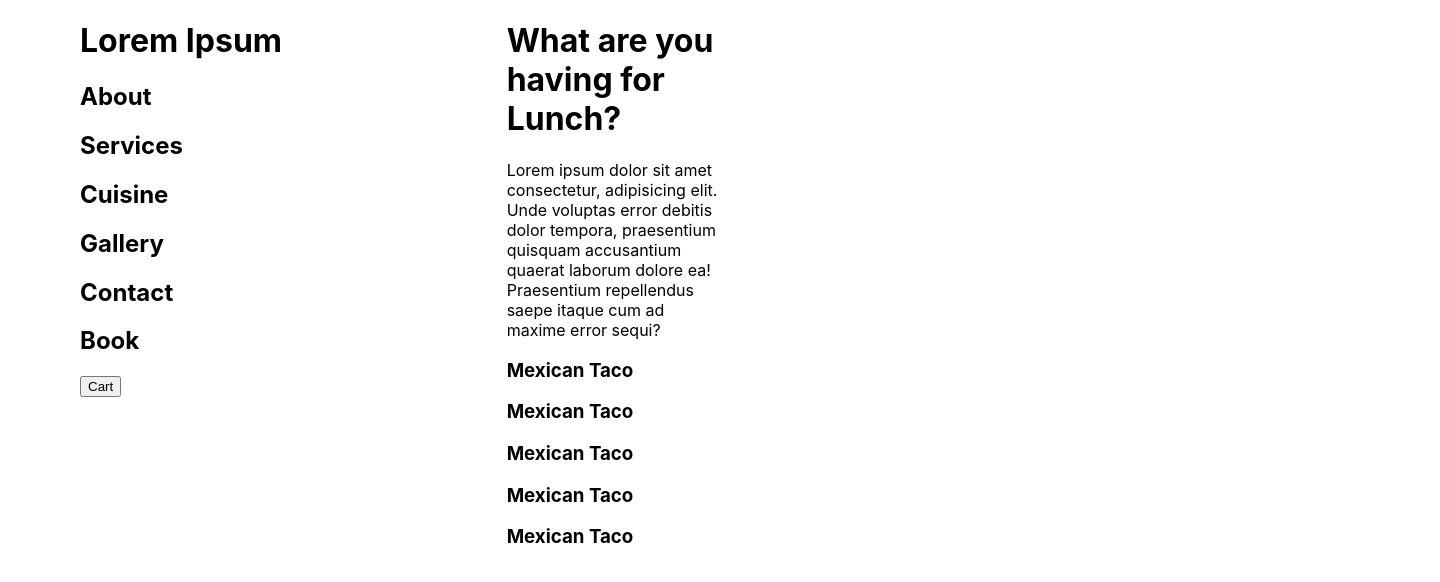
Repository: Marlstergo/assignment2
Page: /
An editor plug-in stored every save of this project. The page is shown before and after the next save, followed by the edit.
The browser window is 1280 px wide. The page is 1440 px wide, so the pictures cover 1440 px, including what lies to the right of the window. The pictures show the whole page.
The project was rebuilt for these pictures with package versions that can differ from the ones it lists, and the page was loaded fresh each time.

Above is the page before, as saved 2021-07-27 01:36:19.

### src/App.js
import logo from "./logo.svg";
import "./App.css";

function App() {
  return (
    <div className="container">
      <div className="full">
        <div className="sidebar">
          <h1>Lorem Ipsum</h1>
          <div className="">
            <div className="">
              <h2 className="">About</h2>
            </div>
            <div className="">
              <h2 className="">Services</h2>
            </div>
            <div className="">
              <h2 className="">Cuisine</h2>
            </div>
            <div className="">
              <h2 className="">Gallery</h2>
            </div>
            <div className="">
              <h2 className="">Contact</h2>
            </div>
            <div className="">
              <h2 className="">Book</h2>
            </div>
            <div className="">
              <button className="">Cart</button>
            </div>
          </div>
        </div>
        <div className="">
          <div className="">
            <div className="">
              <h1 className="">What are you having for Lunch?</h1>
            </div>
            <div className="">
              <p className="">
                Lorem ipsum dolor sit amet consectetur, adipisicing elit. Unde
                voluptas error debitis dolor tempora, praesentium quisquam
                accusantium quaerat laborum dolore ea! Praesentium repellendus
                saepe itaque cum ad maxime error sequi?
              </p>
            </div>
          </div>
          <div className="">
            <div className="">
              <div className="">{/* image */}</div>
              <div className="">
                <h3 className="">Mexican Taco</h3>
              </div>
            </div>
            <div className="">
              <div className="">{/* image */}</div>
              <div className="">
                <h3 className="">Mexican Taco</h3>
              </div>
            </div>
            <div className="">
              <div className="">{/* image */}</div>
              <div className="">
                <h3 className="">Mexican Taco</h3>
              </div>
            </div>
            <div className="">
              <div className="">{/* image */}</div>
              <div className="">
                <h3 className="">Mexican Taco</h3>
              </div>
            </div>
            <div className="">
              <div className="">{/* image */}</div>
              <div className="">
                <h3 className="">Mexican Taco</h3>
              </div>
            </div>
          </div>
        </div>
      </div>
    </div>
  );
}

export default App;

### src/App.css
.container {
  width: 100%;
  padding-left: 1.5rem;
  padding-right: 1.5rem;
}

@media screen and (min-width: 640px) {
  .container {
    max-width: 640px;
    margin: 0 auto;
  }
}

@media screen and (min-width: 768px) {
  .container {
    max-width: 768px;
  }
}

@media screen and (min-width: 1024px) {
  .container {
    max-width: 1024px;
    padding-left: 4rem;
    padding-right: 4rem;
  }
}

@media screen and (min-width: 1280px) {
  .container {
    max-width: 1280px;
    padding-left: 5rem;
    padding-right: 5rem;
  }
}

@media screen and (min-width: 1536px) {
  .container {
    max-width: 1536px;
  }
}

.full {
  display: grid;
  grid-template-columns: repeat(6, minmax(0, 1fr));
}

.sidebar {
  grid-column: span 2 / span 2;
}

Loaded but not shown: public/index.html (common file); src/index.js (common file); src/index.css (common file); src/reportWebVitals.js (common file)

After the next save:
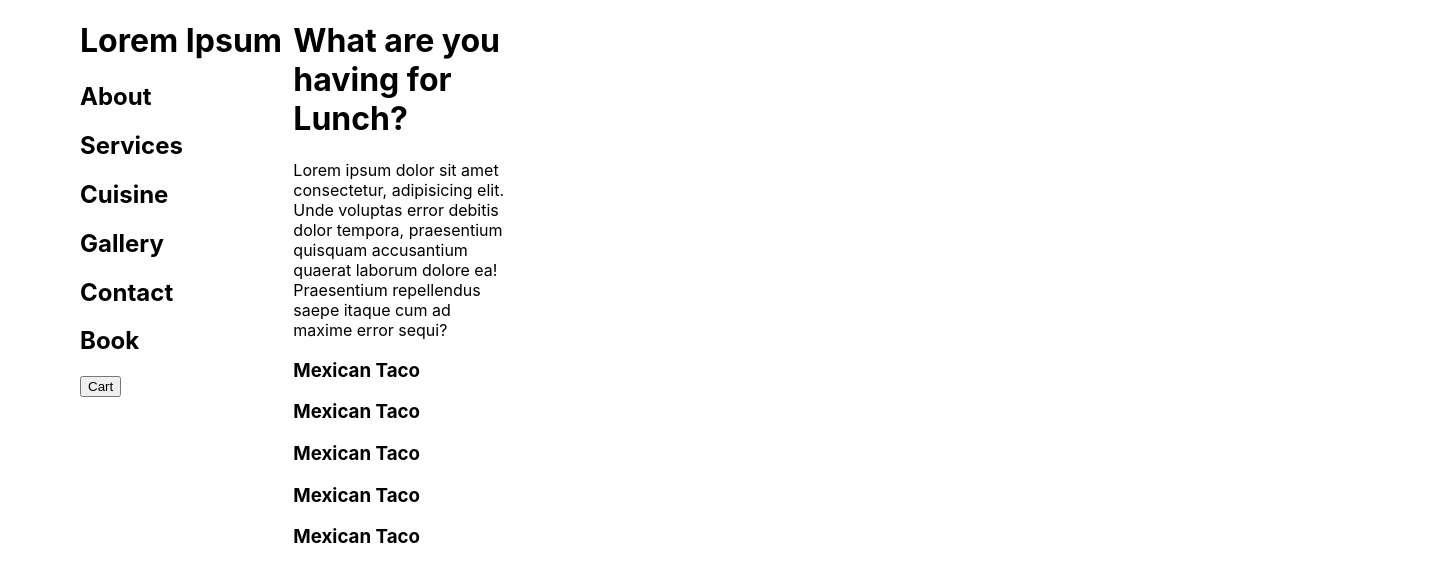
Saved 16 s later.
--- a/src/App.css
+++ b/src/App.css
@@ -45,5 +45,5 @@
 }
 
 .sidebar {
-  grid-column: span 2 / span 2;
+  grid-column: span 1 / span 1;
 }
